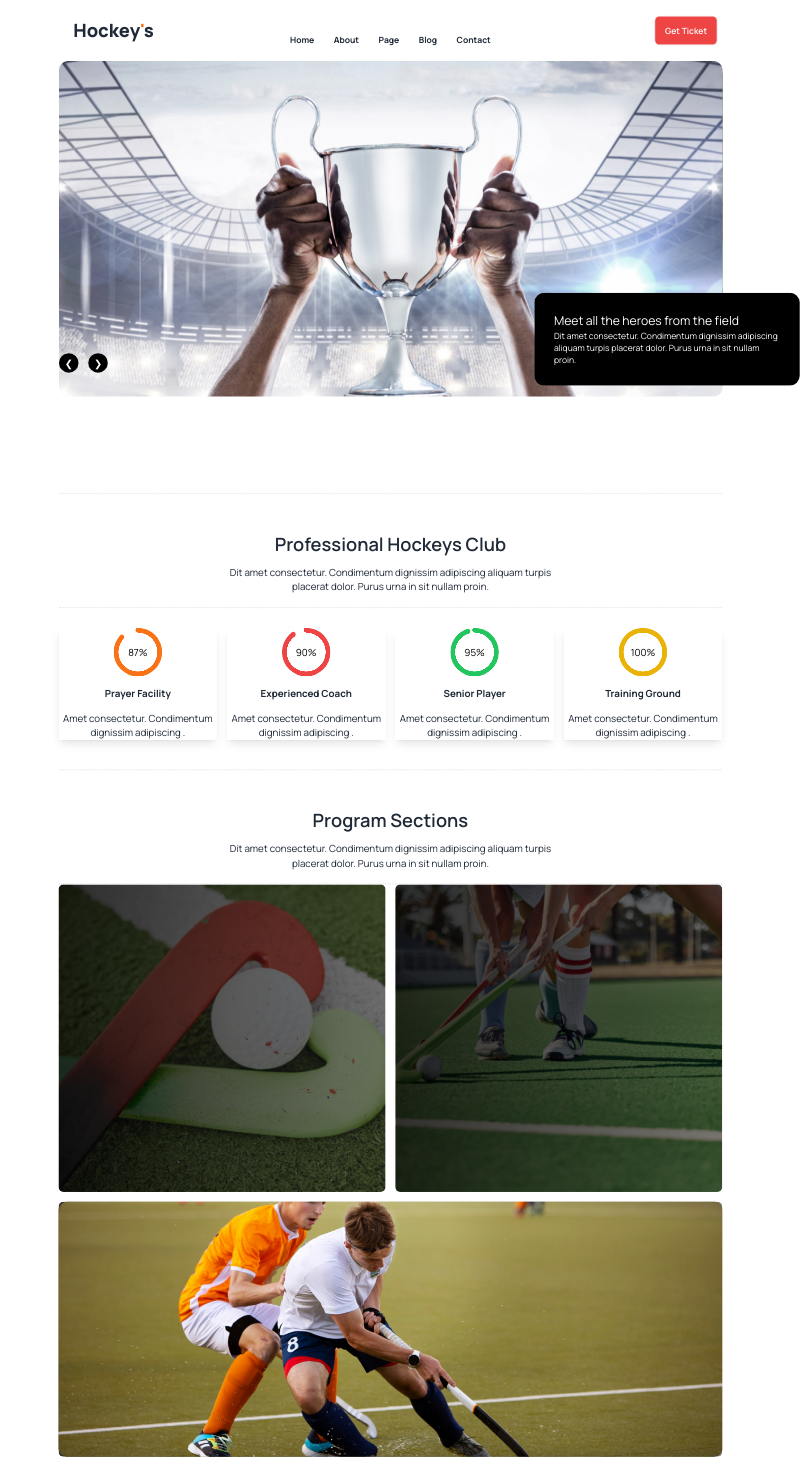
Repository: RudrasahaDibos/Hockey-
Page: index.html
The author's editor kept a copy of each file at every save. The page is drawn from the files as they stood at one save, then again after a run of saves.
The browser window is 1280 px wide. The page is 1311 px wide, so the pictures cover 1311 px, including what lies to the right of the window. The pictures show the whole page, at 61% of full size.
Some web libraries are served in a nearby version.

Above is the page before, as saved 2024-10-23 22:31:20.

After the next 3 saves:
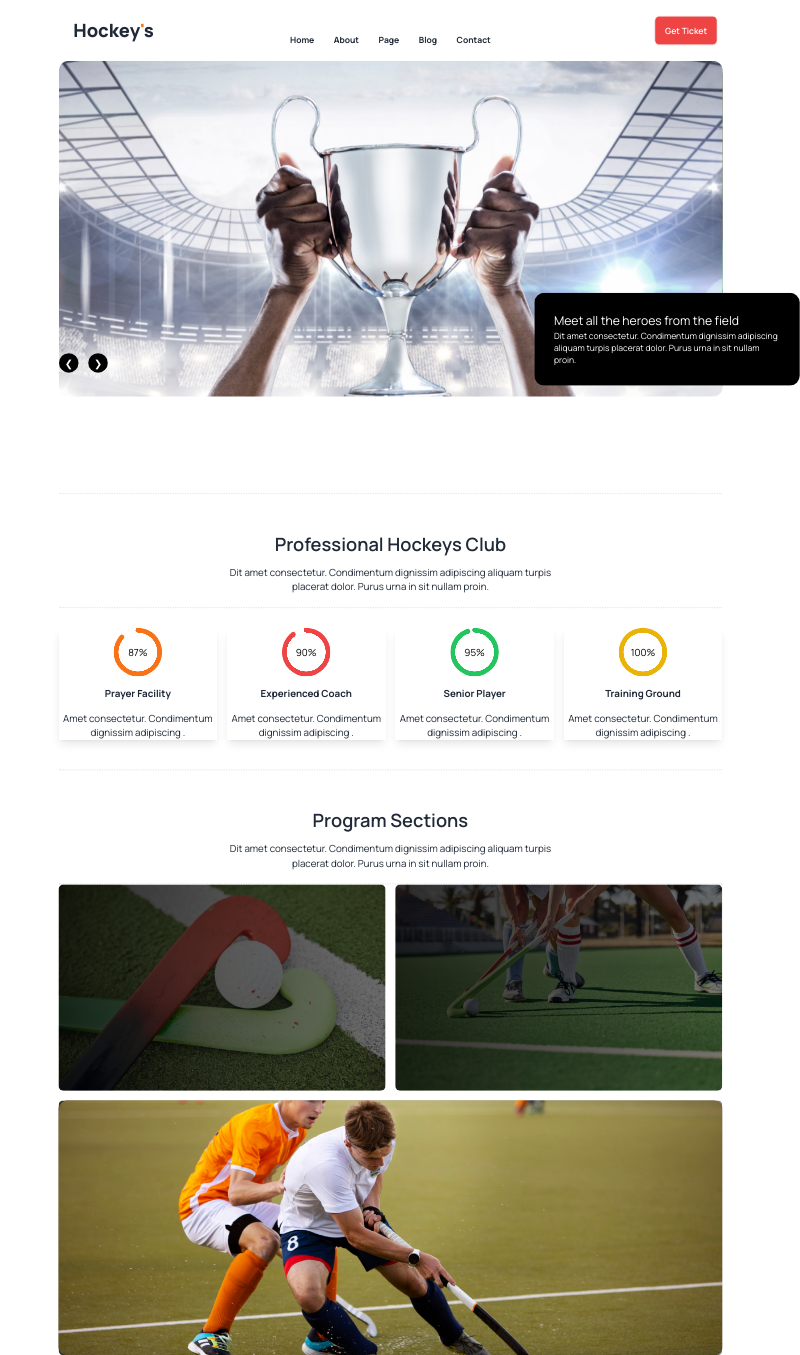
The 3 saves are shown as one change because they came seconds apart.
The last was saved 28 s later.
--- a/index.html
+++ b/index.html
@@ -209,7 +209,7 @@
                                <div>
                                 <div class="grid  grid-cols-1 lg:grid-cols-2 gap-4">
 
-                                  <div class=" relative bg-no-repeat rounded-lg  bg-center bg-cover  w-full bg-[linear-gradient(90deg,rgb(0,0,0,0.8),rgb(0,0,0,0.5)),url(./images/2.png)] h-[70vh]">
+                                  <div class=" relative bg-no-repeat rounded-lg  bg-center bg-cover  w-full bg-[linear-gradient(90deg,rgb(0,0,0,0.8),rgb(0,0,0,0.5)),url(./images/2.png)] h-[338px]">
 
 
                                  </div>
